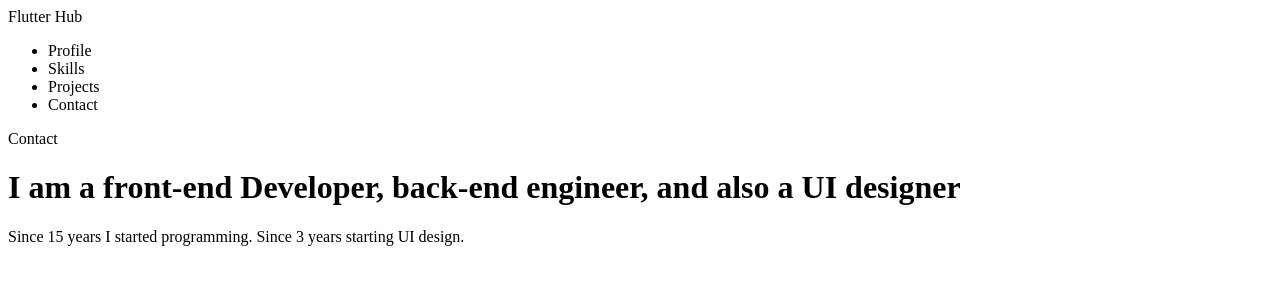
Repository: fhub-1/tutorial
Page: /
These files come from the project's save history. The page is drawn as it stood at one moment and after the next save; the edit follows.
The browser window is 1280 px wide. The pictures show the whole page.
The project was rebuilt for these pictures with package versions that can differ from the ones it lists, and the page was loaded fresh each time. The framework's server and built-in components were replaced by stand-ins that run in the browser. Also part of the build but not shown: next.config.js.

Above is the page before, as saved 2021-06-21 15:07:12.

### pages/_app.js
//adding tailwindcss file
import "tailwindcss/tailwind.css"
import Head from "next/head"


function MyApp({ Component, pageProps }) {
  return (
    //monday adding same files and google fonts
    <>
      <Head>
       <link rel="preconnect" href="https://fonts.gstatic.com" />
       <link href="https://fonts.googleapis.com/css2?family=IBM+Plex+Serif:ital,wght@0,300;0,400;0,500;0,600;0,700;1,300;1,400;1,500;1,600;1,700&display=swap" rel="stylesheet" />
       <link href="https://fonts.googleapis.com/css2?family=IBM+Plex+Serif:ital,wght@0,300;0,400;0,500;0,600;0,700;1,300;1,400;1,500;1,600;1,700&family=Source+Code+Pro:ital,wght@0,400;0,500;0,600;0,700;1,400;1,500;1,600&display=swap" rel="stylesheet"  />
      </Head>
      <Component {...pageProps} />
      </>
  );
}

export default MyApp;

### pages/index.js
import Nav from "../components/Nav"
import Logo from "../components/Logo"
import Button from "../components/Button"

export default function Home() {

  return (
    <>
      <div className="bg-blue-500">
        <div className="container mx-auto">
          <div className="flex  items-center">
            <div className="w-3/12 ">
              {/* bring logo from logo js */}
              <Logo />
            </div>
            <div className="w-6/12">
              {/* create new file nav js copy the code */}
              <Nav />
            </div>
            <div className="w-3/12 text-right">
              <Button>Contact</Button>
            </div>
            </div>
          <div className="text-center">
            <h1 className="text-3xl  text-white font-semibold font-mono w-8/12">
            I am a front-end Developer, back-end engineer, and also a UI designer
            </h1>
            <p className="text-gray-700 text-opacity-60 text-lg  w-4/12">Since 15 years I started programming. Since 3 years starting UI design.</p>
            </div>
          </div>
      </div>
      </>
  )
}

### components/Nav.js
import NavItems from "./NavItems"
export default function Nav() {
    return (
        <ul className="flex  justify-center space-x-10  py-20">
                {/* creating deffernts file form naveitems */}
                <NavItems >Profile</NavItems>
                <NavItems >Skills</NavItems>
                <NavItems >Projects</NavItems>
                <NavItems >Contact </NavItems>
                {/* end of top navbar */}
              </ul>
    )
}

### components/Logo.js
export default function Logo() {
    return (
        <div className="text-white uppercase text-2xl font-semibold tracking-widest">
         Flutter Hub
        </div>
    )
}

### components/Button.js
export default function Button({children}) {
    return (
        <a className="border  text-yellow-100 border-yellow-500  py-3 px-10  text-lg font-semibold rounded-full">
            {children}
        </a>
    );
}

### components/NavItems.js
export default function NavItems({children}) {
    return (
        <li><a className="text-white  text-lg  text-opacity-60  font-semibold">{children}</a></li>

    )
}

After the next save:
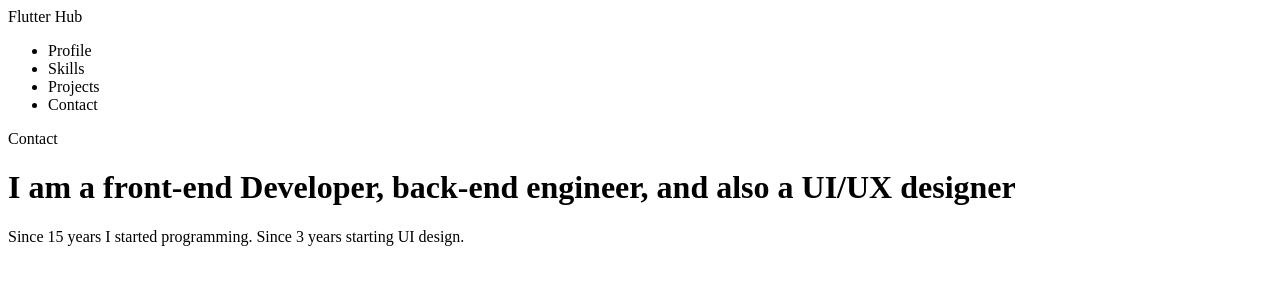
Saved 101 s later.
--- a/pages/index.js
+++ b/pages/index.js
@@ -23,7 +23,7 @@
             </div>
           <div className="text-center">
             <h1 className="text-3xl  text-white font-semibold font-mono w-8/12">
-            I am a front-end Developer, back-end engineer, and also a UI designer
+            I am a front-end Developer, back-end engineer, and also a UI/UX designer
             </h1>
             <p className="text-gray-700 text-opacity-60 text-lg  w-4/12">Since 15 years I started programming. Since 3 years starting UI design.</p>
             </div>
